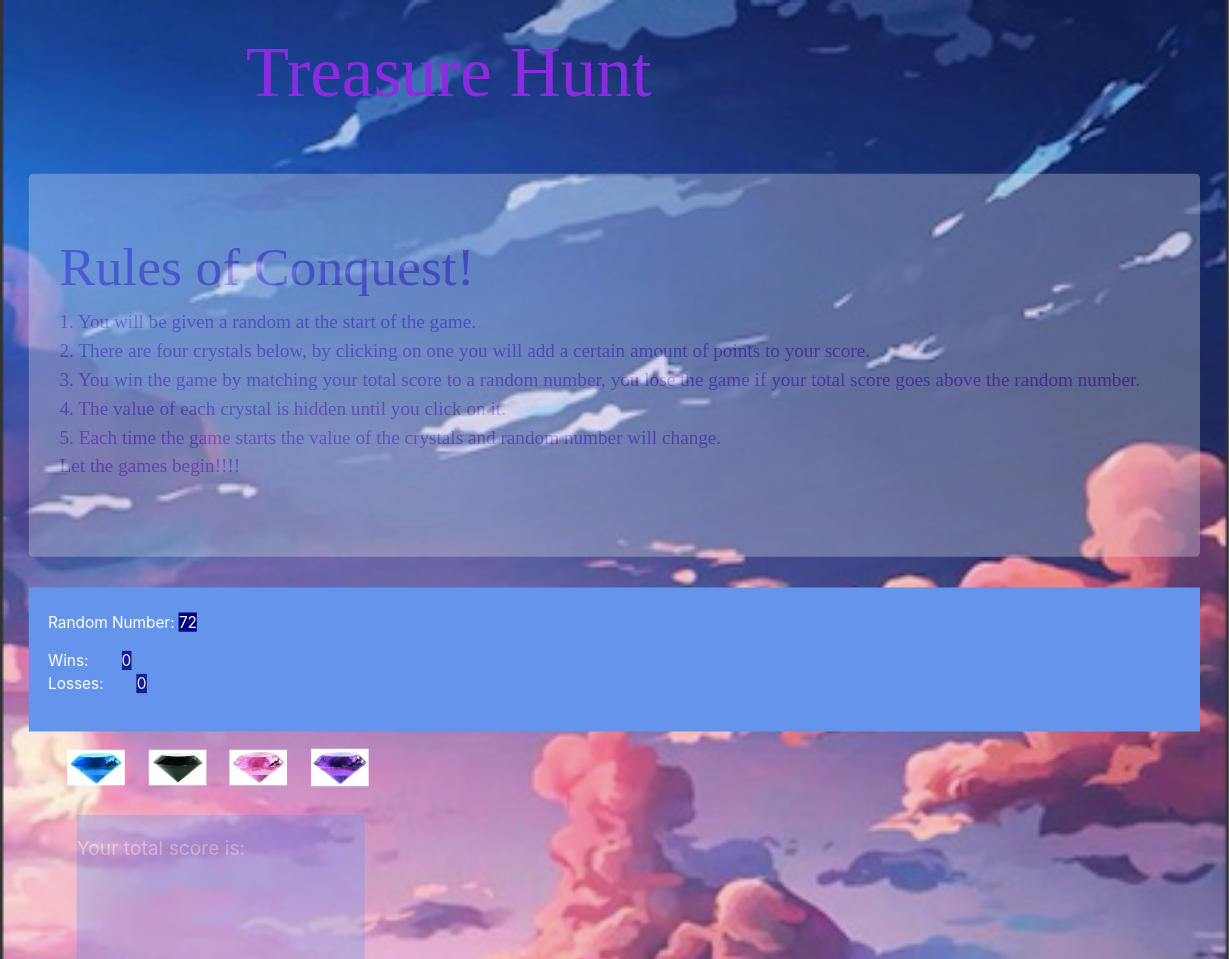
Repository: Jwill1258/unit-4-game
Page: index.html
An editor plug-in stored every save of this project. The page is shown before and after the next save, followed by the edit.
The browser window is 1280 px wide. The pictures show the whole page, at 96% of full size.
Some web fonts or font styles are not loaded; a fallback is used.

Above is the page before, as saved 2019-11-08 00:20:07.

### index.html
<!DOCTYPE html>
<html lang="en">
<head>
    <meta charset="UTF-8">
    <meta name="viewport" content="width=device-width, initial-scale=1.0">
    <meta http-equiv="X-UA-Compatible" content="ie=edge">
    <title>Crystal Collector</title>
    <link rel="stylesheet" type="text/css" href="assets/css/style.css">
    <link rel="stylesheet" href="https://stackpath.bootstrapcdn.com/bootstrap/4.3.1/css/bootstrap.min.css" integrity="sha384-ggOyR0iXCbMQv3Xipma34MD+dH/1fQ784/j6cY/iJTQUOhcWr7x9JvoRxT2MZw1T" crossorigin="anonymous">
    <link href="https://fonts.googleapis.com/css?family=Stoke&display=swap" rel="stylesheet">
</head>

<body>

    <div id="header">Treasure Hunt</div>

    <div class="jumbotron">

        <h1 class="display-4">Rules of Conquest!</h1>
        <p class="lead">

            1. You will be given a random at the start of the game.

            <br>

            2. There are four crystals below, by clicking on one you will add a certain amount of points to your      score.

            <br>

            3. You win the game by matching your total score to a random number, you lose the game if your total      score goes above the random number.

            <br>

            4. The value of each crystal is hidden until you click on it.

            <br>

            5. Each time the game starts the value of the crystals and random number will change.

            <br>

            Let the games begin!!!!

        </p>


    </div>

    <div id="numbers">
            <div class="numberToMatch">
                <p>Random Number:
                    <span id= "randomNumber"></span>
                </p>
            </div>
            <div class="winsandlosses">
                <p>Wins:
                    <span id= "numberWins"></span>
                    </br>
                    Losses:
                    <span id= "numberLosses"></span>
                </p>
            </div>

    <div class="crystals">

            <img src="assets/images/blue-button.png" class=crystalImage id= "one">
            <img src="assets/images/green-button.png" class=crystalImage id= "two">
            <img src="assets/images/pink button.png" class=crystalImage id= "three">
            <img src="assets/images/purple-button.png" class=crystalImage id= "four">

    </div>


    <div class="countmsg">

        <p>Your total score is:

            <span id="totalCount"></span>

        </p>

    </div>

    <script type="text/javascript" src="https://code.jquery.com/jquery-2.2.0.js"></script>
    <script type="text/javascript" src="assets/javascript/game.js"></script>


</body>
</html>

### assets/css/style.css
/* http://meyerweb.com/eric/tools/css/reset/
   v2.0 | 20110126
   License: none (public domain)
*/

html, body, div, span, applet, object, iframe,
h1, h2, h3, h4, h5, h6, p, blockquote, pre,
a, abbr, acronym, address, big, cite, code,
del, dfn, em, img, ins, kbd, q, s, samp,
small, strike, strong, sub, sup, tt, var,
b, u, i, center,
dl, dt, dd, ol, ul, li,
fieldset, form, label, legend,
table, caption, tbody, tfoot, thead, tr, th, td,
article, aside, canvas, details, embed,
figure, figcaption, footer, header, hgroup,
menu, nav, output, ruby, section, summary,
time, mark, audio, video {
	margin: 0;
	padding: 0;
	border: 0;
	font-size: 100%;
	font: inherit;
	vertical-align: baseline;
}

body {
    background-image: url( '../images/waterfall-background.jpeg' );
	background-image: height 4000px;
	background-size: 100%;
	background-repeat: no-repeat;

}

#header {
	font-family: 'Stoke', serif;
	color: blueviolet;
    font-size: 74px;
	width: 100%;
	padding-left: 20%;
	padding-top: 20px;



}

.jumbotron {
	font-family: 'Stoke', serif;
	color: blueviolet;
	font-size: 40px;
	position: center;
	background-color: cornflowerblue;
	margin-left: 30px;
	margin-right: 30px;
	opacity: 30%;
	padding-top: 50px;
	margin-top: 50px;

}

.jumbotron lead {
	border: 10px;


}

#numbers {
	background-color: cornflowerblue;
	height: 150px;
	margin-left: 30px;
	margin-right: 30px;
	padding-left: 20px;
	color: navy;
}

.numberToMatch {
	height: 50px;
	width: 50px;
	margin-left: 30px;
	margin-top: 50px;
	display: inline;
	color: white;
}


.winsandlosses {
	color: white;
	display: inline;
	background-color: navy;

}

#randomNumber {
	background-color: navy;


}



#numberWins {
	background-color:navy;
	width: 200px;
	height: 40px;
	margin-left: 30px;
	margin-top: 50px;
	opacity: 80%;
	color: white;


}

#numberLosses {
	background-color:navy;
	width: 200px;
	height: 40px;
	margin-left: 30px;
	margin-top: 50px;
	opacity: 80%;
	color: white;


}


.crystalImage  {
	width: 80px;
	padding-top: 40px;
	padding-bottom: 30px;
}

#one {
	padding-left: 20px;

}

#two {
	padding-left: 20px;


}

#three {
	padding-left: 20px;



}

#four {
	padding-left: 20px;



}


.countmsg {
	background-color: cornflowerblue;
	height: 150px;
	width: 300px;
	margin-left: 30px;
	opacity: 30%;
	color: white;
	font-size: 20px;
	padding-top: 20px;


}

### assets/javascript/game.js
$( document ).ready(function(){
    var Random=Math.floor(Math.random()*101+19)
    // Selects a random number to be shown at the start of the game
    // Number between 19 - 120
    //
    $('#randomNumber').text(Random);
    // Appending random number to the randomNumber id in the html doc
    //
    var num1= Math.floor(Math.random()*11+1)
    var num2= Math.floor(Math.random()*11+1)
    var num3= Math.floor(Math.random()*11+1)
    var num4= Math.floor(Math.random()*11+1)
    // create random numbers for each jewel (1-12)

    //
    var userTotal= 0;
    var wins= 0;
    var losses = 0;
    //  establish variables

$('#numberWins').text(wins);
$('#numberLosses').text(losses);
//resets the game
function reset(){
        Random=Math.floor(Math.random()*101+19);
        console.log(Random)
        $('#randomNumber').text(Random);
        num1= Math.floor(Math.random()*11+1);
        num2= Math.floor(Math.random()*11+1);
        num3= Math.floor(Math.random()*11+1);
        num4= Math.floor(Math.random()*11+1);
        userTotal= 0;
        $('#totalCount').text(userTotal);
}
//adds the wins to the userTotal
function yay(){
alert("Winner");
    wins++;
    $('#numberWins').text(wins);
    reset();
}
//addes the losses to the userTotal
function loser(){
alert ("Try Again!");
    losses++;
    $('#numberLosses').text(losses);
    reset()
}
//sets up click for jewels
$('#one').on ('click', function(){
    userTotal = userTotal + num1;
    console.log("New userTotal= " + userTotal);
    $('#totalCount').text(userTotal);
        //sets win/lose if stats
        if (userTotal == Random){
        yay();
        }
        else if ( userTotal > Random){
        loser();
        }
})
$('#two').on ('click', function(){
    userTotal = userTotal + num2;
    console.log("New userTotal= " + userTotal);
    $('#totalCount').text(userTotal);
        if (userTotal == Random){
        yay();
        }
        else if ( userTotal > Random){
        loser();
        }
})
$('#three').on ('click', function(){
    userTotal = userTotal + num3;
    console.log("New userTotal= " + userTotal);
    $('#totalCount').text(userTotal);
        if (userTotal == Random){
        yay();
        }
        else if ( userTotal > Random){
        loser();
        }
})
$('#four').on ('click', function(){
    userTotal = userTotal + num4;
    console.log("New totalCount= " + userTotal);
    $('#totalCount').text(userTotal);
        if (userTotal == Random){
        yay();
        }
        else if ( userTotal > Random){
        loser();
        }
});
});

After the next save:
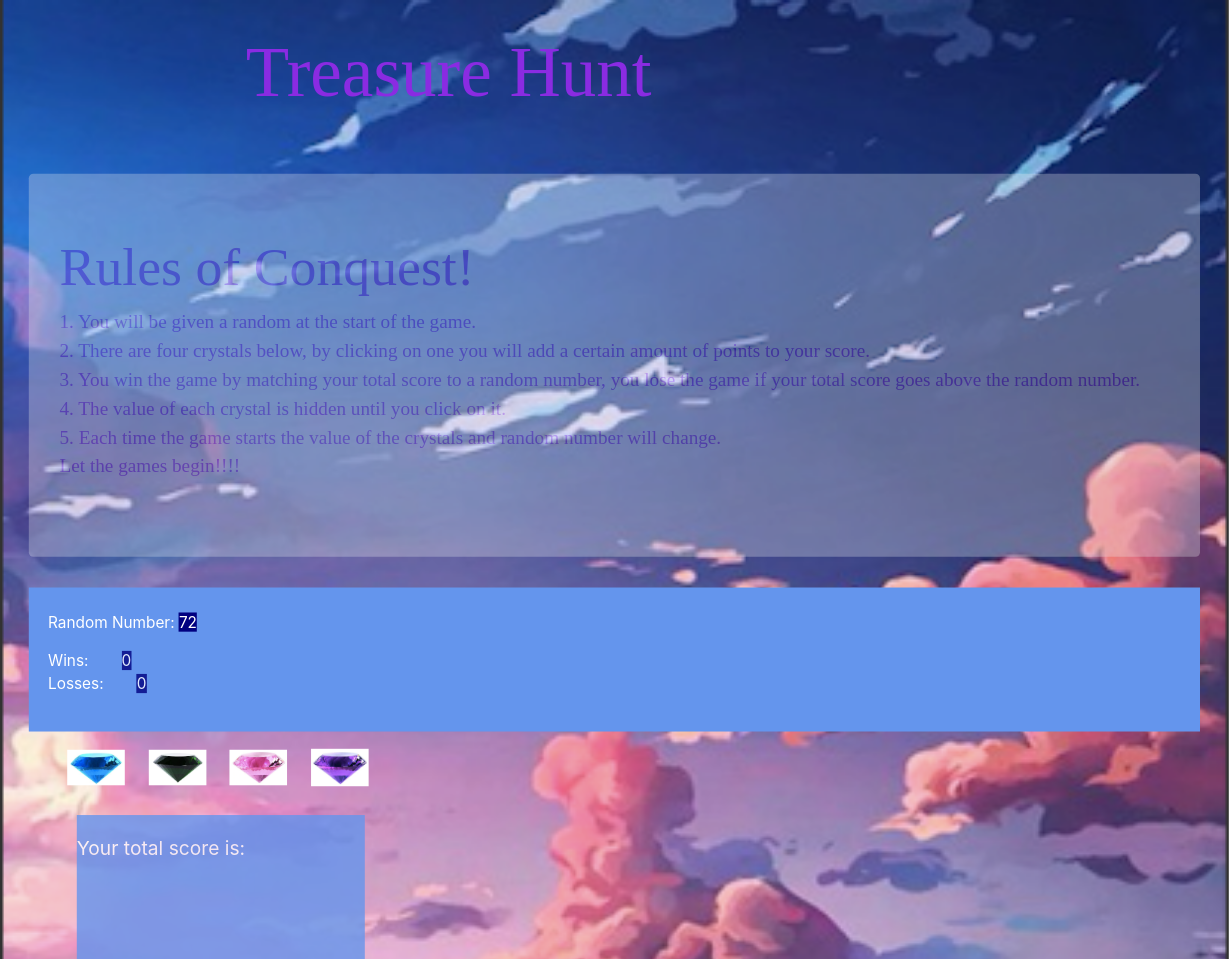
Saved 21 s later.
--- a/assets/css/style.css
+++ b/assets/css/style.css
@@ -160,7 +160,7 @@ body {
 	height: 150px;
 	width: 300px;
 	margin-left: 30px;
-	opacity: 30%;
+	opacity: 80%;
 	color: white;
 	font-size: 20px;
 	padding-top: 20px;
